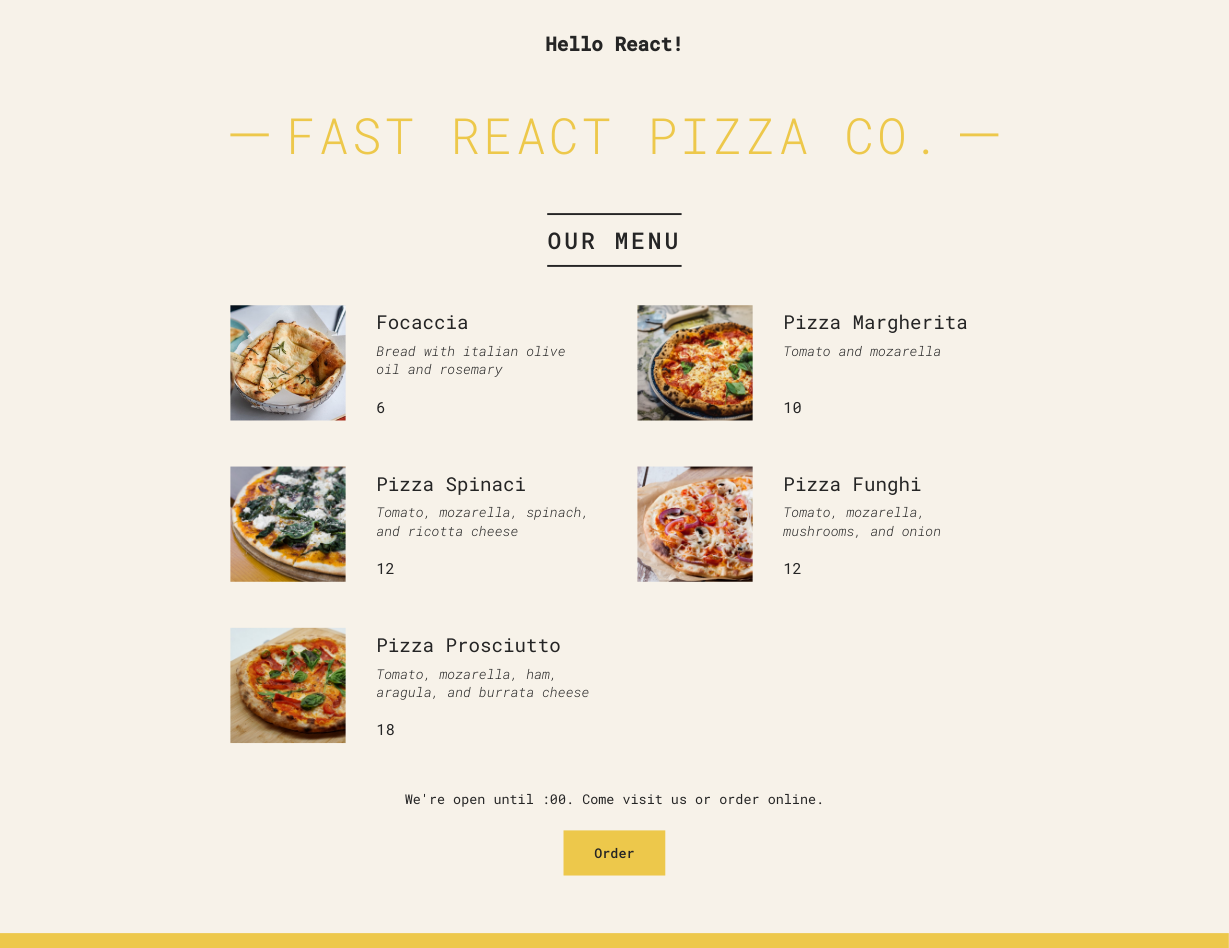
Repository: Alphosmart/03_pizza-menu
Page: /
These files come from the project's save history. The page is drawn as it stood at one moment and after the next save; the edit follows.
The browser window is 1280 px wide. The pictures show the whole page, at 96% of full size.
The project was rebuilt for these pictures with package versions that can differ from the ones it lists, and the page was loaded fresh each time.

Above is the page before, as saved 2024-06-04 20:36:40.

After the next save:
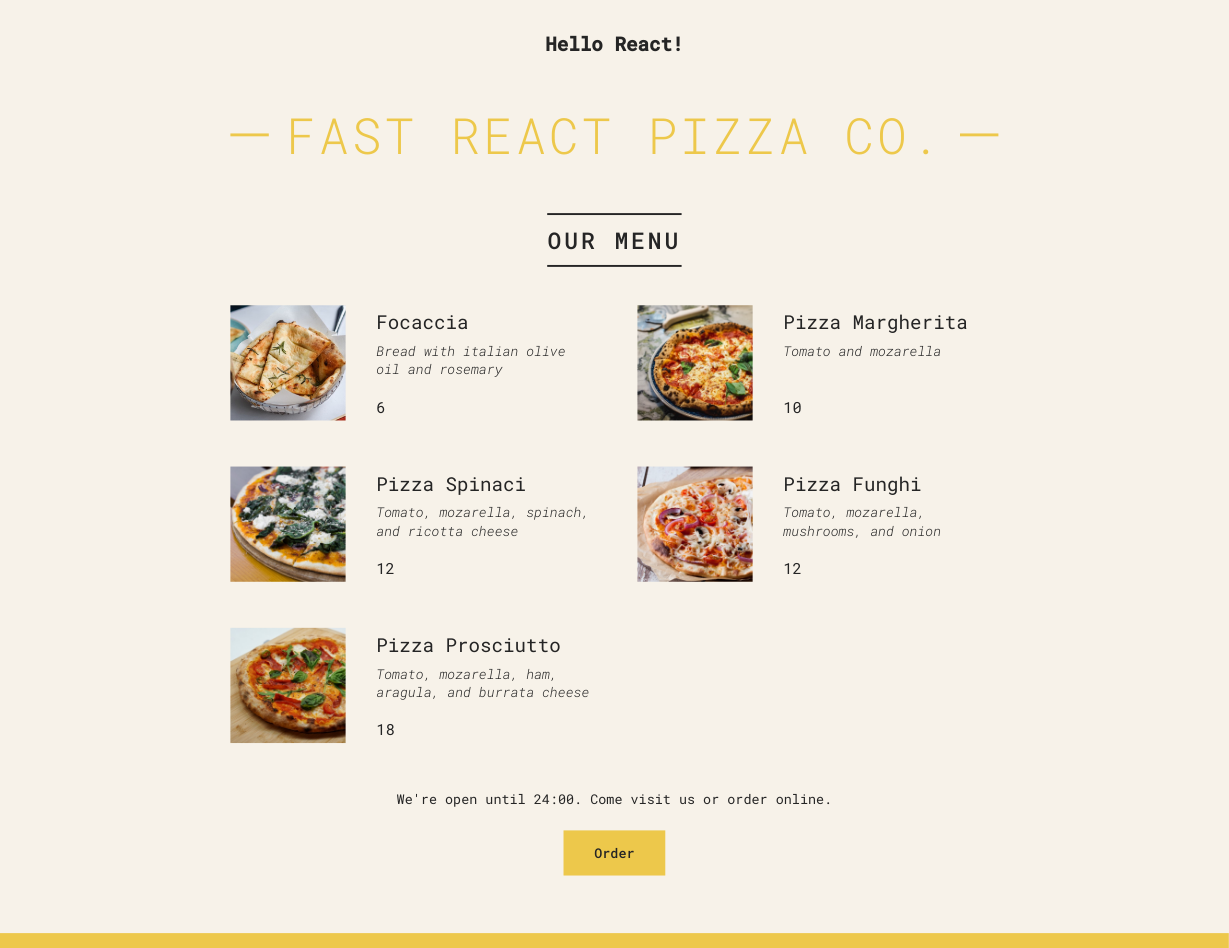
Saved 13 days later.
--- a/src/index.js
+++ b/src/index.js
@@ -132,7 +132,7 @@ function Footer() {
   return (
     <footer className="footer">
       {isOpen ? (
-        <Order openHours={openHour} />
+        <Order closeHour={closeHour} />
       ) : (
         <p>
           We are happy to welcome you between {openHour}:00 and {closeHour}:00
@@ -147,7 +147,7 @@ function Order(props) {
   return (
     <div className="order">
       <p>
-        We're open until {props.openHour}:00. Come visit us or order online.
+        We're open until {props.closeHour}:00. Come visit us or order online.
       </p>
       <button className="btn">Order</button>
     </div>
